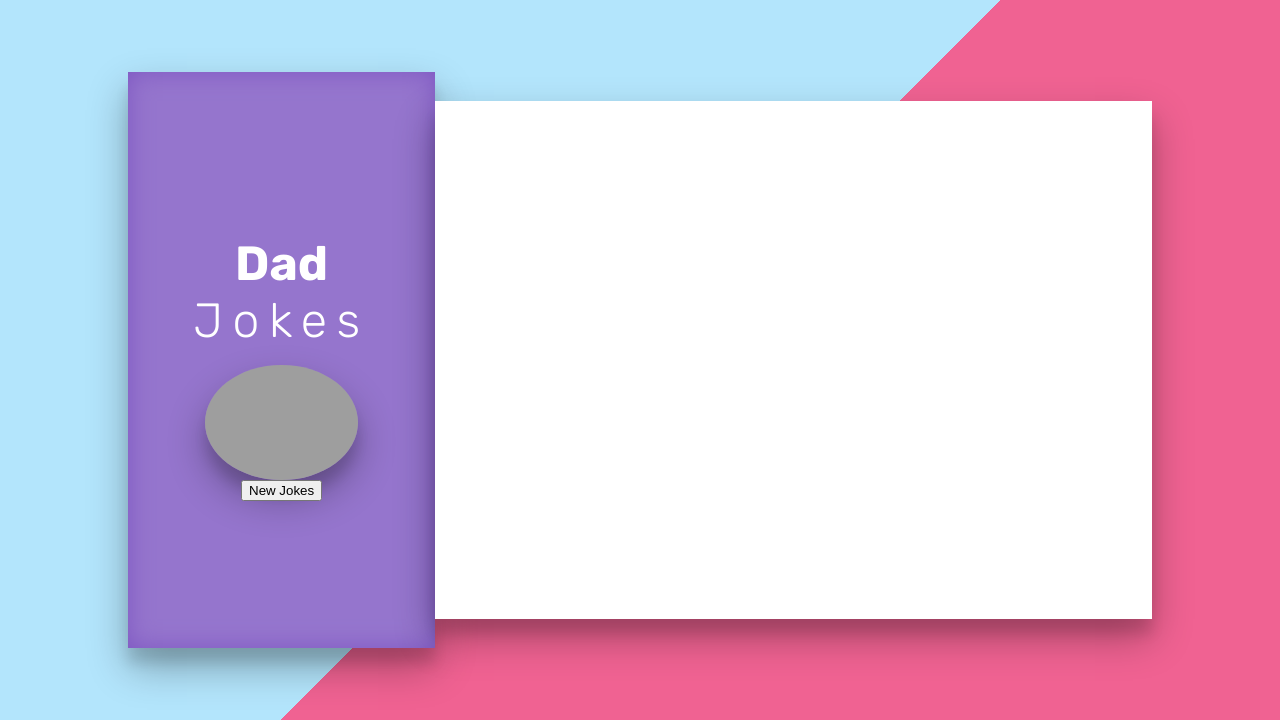
Repository: zhapar/dad-jokes
Page: /
An editor plug-in stored every save of this project. The page is shown before and after the next save, followed by the edit.
The browser window is 1280 px wide. The pictures show the whole page.
Pictures or frames that could not be fetched are drawn as grey boxes. The page's requests for data from a server got no answer. The project was rebuilt for these pictures with package versions that can differ from the ones it lists, and the page was loaded fresh each time. No one was signed in, and anything a server would have sent is missing.

Above is the page before, as saved 2020-08-29 21:16:51.

After the next save:
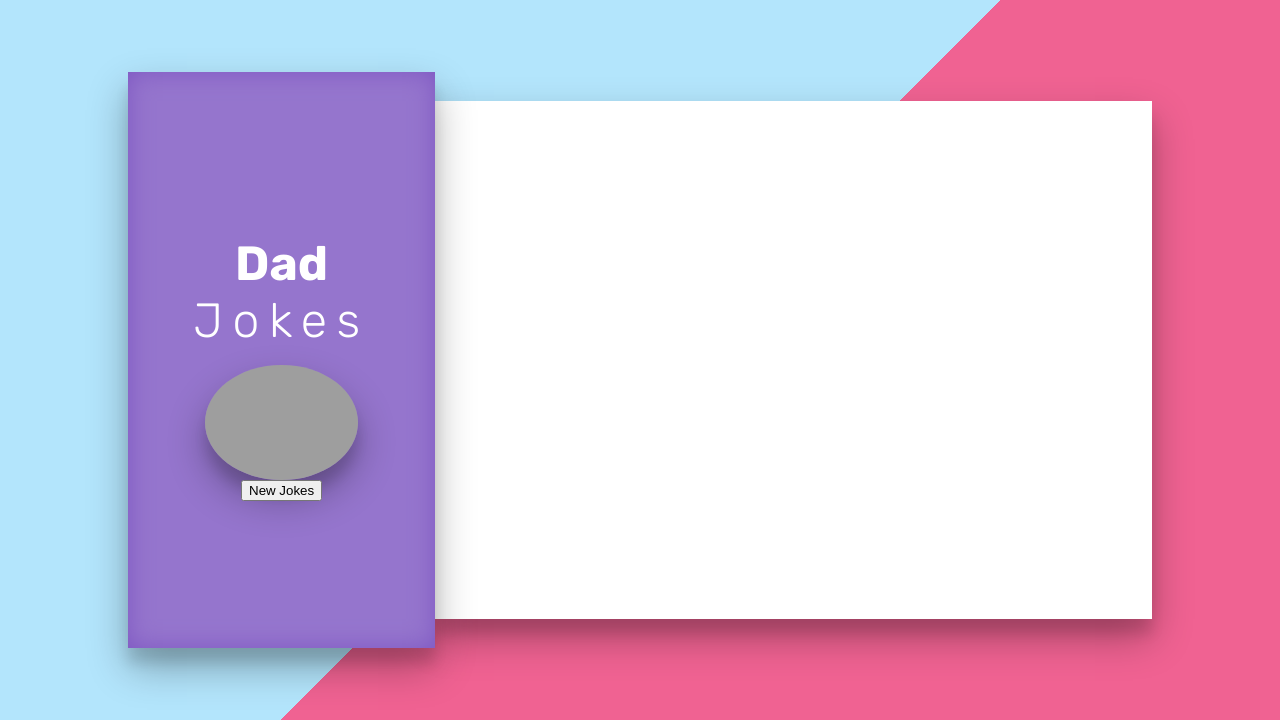
Saved 56 s later.
--- a/src/JokeList.css
+++ b/src/JokeList.css
@@ -13,6 +13,7 @@
   width: 30%;
   text-align: center;
   box-shadow: 0 19px 38px rgba(0, 0, 0, .3), 0 15px 12px rgba(0, 0, 0, .1), inset 0 0 25px #7e57c2;
+  z-index: 1;
 }
 
 .JokeList-title {
